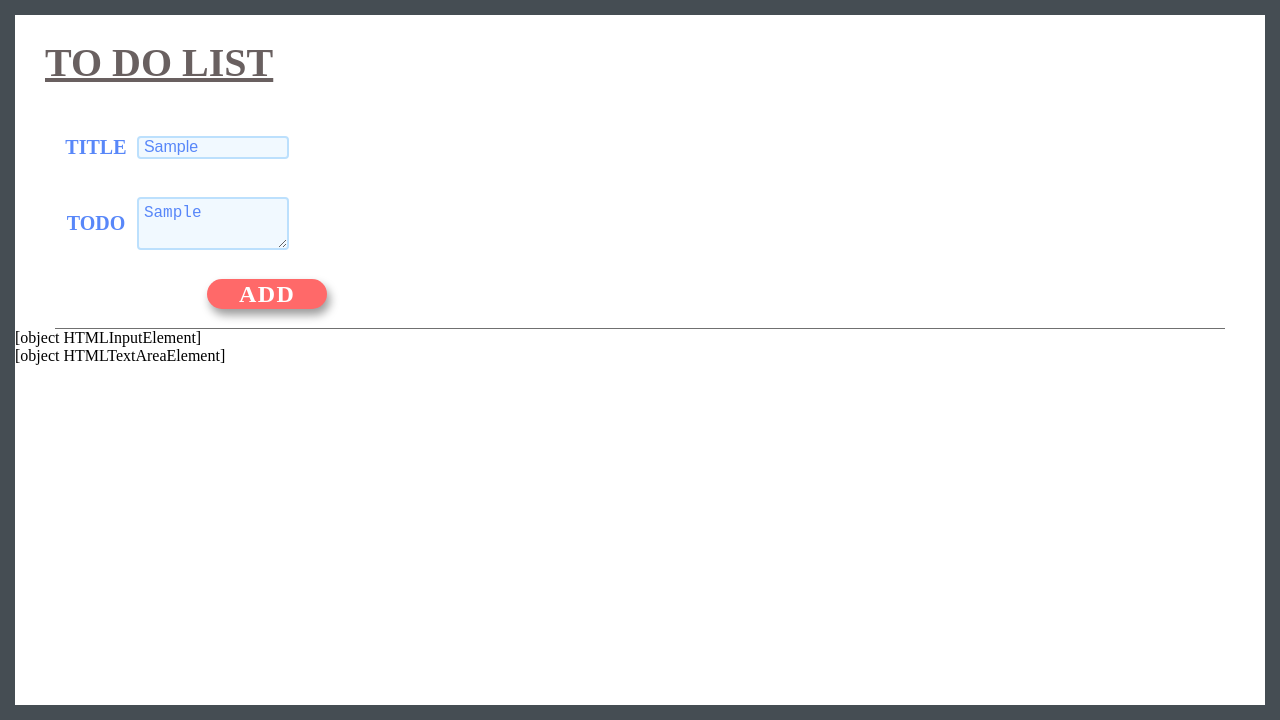
Repository: NagataRyuji0630/shinjin-otameshi
Page: todo_white_board.html
The author's editor kept a copy of each file at every save. The page is drawn from the files as they stood at one save, then again after the next save.
The browser window is 1280 px wide. The pictures show the whole page.
Empty fields were first filled with sample values (such as "Sample", 5 or name@example.com).
After loading, the first visible `#btn_container` was clicked once.

Above is the page before, as saved 2020-06-14 16:09:24.

### todo_white_board.html
<!DOCTYPE html>
<html lang="ja">

<head>
    <meta charset="UTF-8">
    <meta name="viewport" content="width=device-width, initial-scale=1.0">
    <meta http-equiv="X-UA-Compatible" content="ie=edge">
    <link rel="stylesheet" href="./todo_white_board.css">
    <script src="./constants.js"></script>
    <script src="./domAction.js"></script>
    <script src="./todoWhiteBoard.js"></script>
    <title>Todo White Board</title>
</head>

<body>
    <div class="white_board display_flex_justify direction_colum">

        <div id="board_title_container" class="display_flex_align">
            <div id="board_title">TO DO LIST</div>
        </div>

        <div id="form_container" class="display_flex_justify direction_colum">

            <div class="input_content display_flex_all direction_row">
                <div class="input_title display_flex_all">TITLE</div>
                <div id="todo_input_area" class="display_flex_all">
                    <input class="blue_form" id="todo_title" type="text" placeholder="タイトル" />
                </div>
            </div>

            <div class="input_content display_flex_all direction_row">
                <div class="input_title display_flex_all">TODO</div>
                <div id="detail_input_area" class="display_flex_all">
                    <textarea class="blue_form" id="todo_detail" placeholder="詳細"></textarea>
                </div>
            </div>

            <div id="btn_container" class="display_flex_align" onclick="evtAddBtn(this)">
                <div class="btn red_btn display_flex_all" id="todo_add_btn">
                    <div class="btn_text">ADD</div>
                </div>
            </div>

            <div id="border_line"></div>
        </div>

        <div id="todo_list_container"></div>
    </div>
    <script>
        // document.getElementById("todo_add_btn").onclick = function () {
        //     var title = todo_title.innerHTML;
        //     var detail = todo_detail.innerHTML;
        //     document.write(title);
        //     document.write(detail);
        // }
    </script>
</body>

</html>

### todo_white_board.css
* {
    margin: 0px;
    padding: 0px;
    box-sizing: border-box;
}

body, html {
    width: 100%;
    height: 100%;
    font-size: 16px;
    overflow-x: hidden;
}

.display_flex_all {
    display: flex;
    justify-content: center;
    align-items: center;
}

.display_flex_justify {
    display: flex;
    justify-content: center;
}

.display_flex_align {
    display: flex;
    align-items: center;
}

.direction_colum {
    flex-direction: column;
}

.direction_row {
    flex-direction: row;
}

.white_board {
    width: 100%;
    height: 100%;
    border: 15px solid #454D53;
}

#board_title_container {
    width: auto;
    height: 15%;
    padding-left: 30px;
}

#board_title {
    text-align: center;
    text-decoration: underline;
    font-size: 40px;
    font-weight: bold;
    letter-spacing: 0px;
    color: #696060;
}

#form_container {
    width: 100%;
    height: 35%;
    padding: 0px 40px;
}

.input_content {
    width: 20%;
    height: 35%;
}

.input_title {
    width: 35%;
    height: 100%;
    text-align: center;
    font-size: 20px;
    font-weight: bold;
    letter-spacing: 0px;
    color: #5887F9;
}

.blue_form {
    display: block;
    background: #F1F9FF 0% 0% no-repeat padding-box;
    border: 2px solid #BCE0FD;
    border-radius: 4px;
}

#todo_input_area {
    width: 65%;
    height: 30%;
}

#todo_title {
    width: 100%;
    height: 100%;
    text-align: left;
    font-size: 16px;
    letter-spacing: 0px;
    color: #5887F9;
    padding: 5px;
}

#detail_input_area {
    width: 65%;
    height: 70%;
}

#todo_detail {
    width: 100%;
    height: 100%;
    text-align: left;
    font-size: 16px;
    letter-spacing: 0px;
    color: #5887F9;
    padding: 5px;
    word-wrap: break-word;
}

#btn_container {
    width: 100%;
    height: 30%;
}

.btn {
    width: 120px;
    height: 30px;
    border-radius: 24px;
}

.red_btn {
    background-color: #FF6969;
    box-shadow: 3px 6px 10px #00000065;
}

.red_btn:active {
    background-color: #FF8850;
    box-shadow: 3px 6px 10px #00000090;
}

#todo_add_btn {
    position: relative;
    left: 13%
}

.btn_text {
    text-align: center;
    font-size: 24px;
    font-weight: bold;
    letter-spacing: 1.44px;
    color: #FFFFFF;
}

#border_line {
    width: 100%;
    height: 2px;
    border-bottom: 1px solid #707070;
}

#todo_list_container {
    width: 100%;
    height: 60%;
}

### constants.js
const todoTag = (tagName, tagContent) => `
    <div class="todo_tag">
        <div class="white_circle"></div>
        <div class="tag_title">${tagName}</div>
        <div class="tag_content">${tagContent}</div>
    </div>
`;

### domAction.js
function addTodoTag(tagName, tagContent) {
    // TODOリスト表示エリアを取得
    let todoListContainer = document.getElementById("todo_list_container");

    todoListContainer.innerHTML = todoTag(tagName, tagContent);
}

### todoWhiteBoard.js
function evtAddBtn(e) {
    let tagName = document.getElementById("todo_title");
    let tagContent = document.getElementById("todo_detail");

    addTodoTag(tagName, tagContent);
}

After the next save:
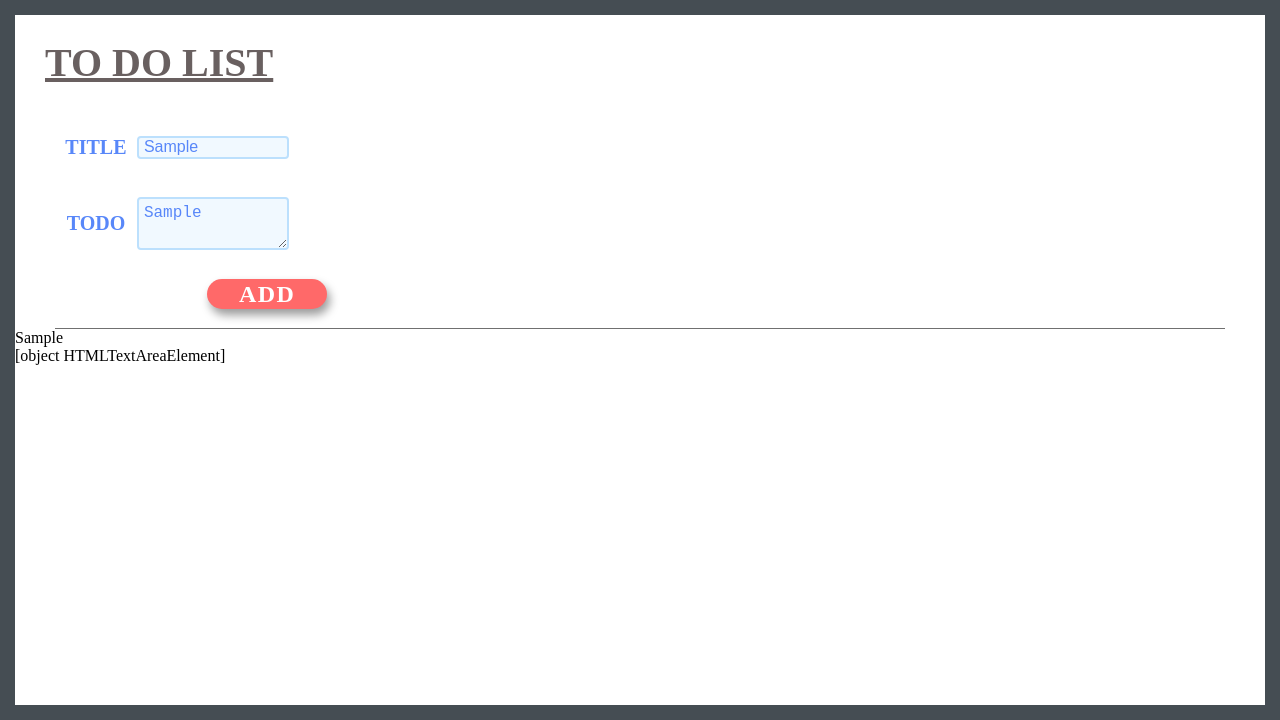
Saved 110 s later.
--- a/todoWhiteBoard.js
+++ b/todoWhiteBoard.js
@@ -1,5 +1,5 @@
 function evtAddBtn(e) {
-    let tagName = document.getElementById("todo_title");
+    let tagName = document.getElementById("todo_title").value;
     let tagContent = document.getElementById("todo_detail");
 
     addTodoTag(tagName, tagContent);
